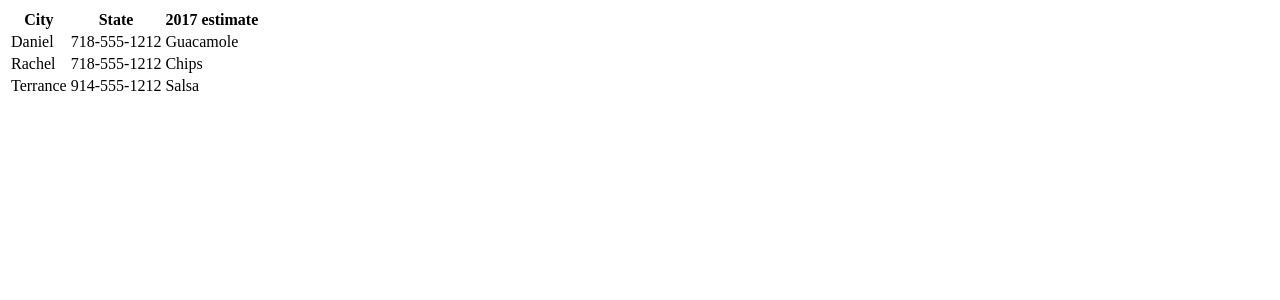
Repository: annferracane/phase-0-html-tables-lab
Page: index.html
The author's editor kept a copy of each file at every save. The page is drawn from the files as they stood at one save, then again after the next save.
The browser window is 1280 px wide. The pictures show the whole page.

Above is the page before, as saved 2022-11-10 23:51:12.

### index.html
<!DOCTYPE html>
<html lang="en">
  <head>
    <meta charset="UTF-8" />
    <meta name="viewport" content="width=device-width, initial-scale=1.0" />
    <meta http-equiv="X-UA-Compatible" content="ie=edge" />
    <title>HTML Tables</title>
  </head>
  <body>
    <!-- Write your HTML here -->
    <table>
      <tr>
        <th>City</th>
        <th>State</th>
        <th>2017 estimate</th>
      </tr>
      <tr>
        <td>Daniel</td>
        <td>718-555-1212</td>
        <td>Guacamole</td>
      </tr>
      <tr>
        <td>Rachel</td>
        <td>718-555-1212</td>
        <td>Chips</td>
      </tr>
      <tr>
        <td>Terrance</td>
        <td>914-555-1212</td>
        <td>Salsa</td>
      </tr>
    </table>
  </body>
</html>

After the next save:
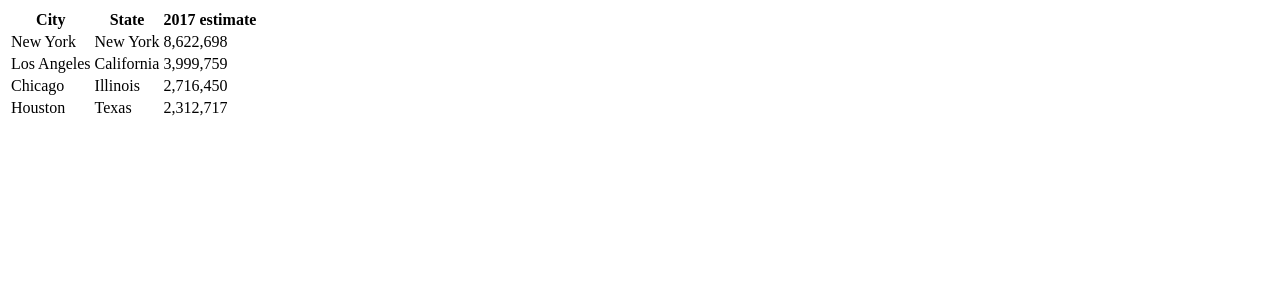
Saved 114 s later.
--- a/index.html
+++ b/index.html
@@ -15,19 +15,24 @@
         <th>2017 estimate</th>
       </tr>
       <tr>
-        <td>Daniel</td>
-        <td>718-555-1212</td>
-        <td>Guacamole</td>
+        <td>New York</td>
+        <td>New York</td>
+        <td>8,622,698</td>
       </tr>
       <tr>
-        <td>Rachel</td>
-        <td>718-555-1212</td>
-        <td>Chips</td>
+        <td>Los Angeles</td>
+        <td>California</td>
+        <td>3,999,759</td>
       </tr>
       <tr>
-        <td>Terrance</td>
-        <td>914-555-1212</td>
-        <td>Salsa</td>
+        <td>Chicago</td>
+        <td>Illinois</td>
+        <td>2,716,450</td>
+      </tr>
+      <tr>
+        <td>Houston</td>
+        <td>Texas</td>
+        <td>2,312,717</td>
       </tr>
     </table>
   </body>
